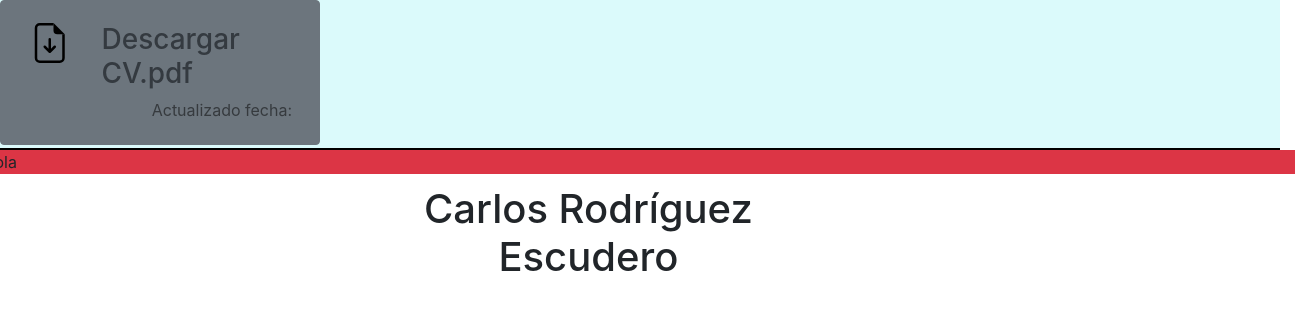
Repository: CarlosRoEs/CarlosWebCV
Page: index.html
The author's editor kept a copy of each file at every save. The page is drawn from the files as they stood at one save, then again after the next save.
The browser window is 1280 px wide. The page is 1295 px wide, so the pictures cover 1295 px, including what lies to the right of the window. The pictures show the whole page.
The style sheet was rebuilt from its Sass, Less or Tailwind sources for each picture, by a compiler version that may differ from the author's.

Above is the page before, as saved 2020-09-15 16:00:05.

### index.html
<!DOCTYPE html>
<html lang="es">

<head>
    <meta charset="UTF-8">
    <meta name="viewport" content="width=device-width, initial-scale=1.0">
    <title>Carlos Rodríguez</title>
    <link rel="stylesheet" href="bootstrap/css/bootstrap.min.css">
    <link rel="stylesheet" href="Sass/dist/header.css">
</head>

<body>

    <div class="container-fluid">
        <div id="row-header" class="row">
            <header id="header" class="col-12">
                <div id="row-a-header" class="row">

                            <!-- <a href="https://www.sport.es/es/" id="a-header" class="col-4 text-decoration-none d-flex flex-row flex-wrap mt-4 ml-5"> -->
                                <button id="header-button" type="button" class="btn btn-secondary col-3 d-flex flex-row flex flex-wrap" data-toggle="tooltip" data-placement="top" title="Descargar PDF">
                                    <svg width="40px" height="40px" viewBox="0 0 16 16" class="bi bi-file-earmark-arrow-down col-3 mt-3" fill="dark" xmlns="http://www.w3.org/2000/svg">
                                        <path d="M4 0h5.5v1H4a1 1 0 0 0-1 1v12a1 1 0 0 0 1 1h8a1 1 0 0 0 1-1V4.5h1V14a2 2 0 0 1-2 2H4a2 2 0 0 1-2-2V2a2 2 0 0 1 2-2z" />
                                        <path d="M9.5 3V0L14 4.5h-3A1.5 1.5 0 0 1 9.5 3z" />
                                        <path fill-rule="evenodd" d="M8 6a.5.5 0 0 1 .5.5v3.793l1.146-1.147a.5.5 0 0 1 .708.708l-2 2a.5.5 0 0 1-.708 0l-2-2a.5.5 0 1 1 .708-.708L7.5 10.293V6.5A.5.5 0 0 1 8 6z" />
                                    </svg>
                                    <h3 id="h3-header" class="col-9 mt-3 text-left text-dark">Descargar CV.pdf</h3>
                                    <p class="col-12 text-right text-black-50">Actualizado fecha:</p>
                                </div>


                            <!-- </a> -->
                    <div class="col-8 d-flex justify-content-center mt-4">
                        <h1 class="mt-3 mr-5 align-items-center">Carlos Rodríguez Escudero</h1>
                    </div>
                </div>
            </header>
        </div>
        <div class="row bg-danger">
            hola
        </div>

    </div>

    <script type="text/javascript" src="jquery/jquery-3.5.1.min.js"></script>
    <script type="text/javascript" src="bootstrap/js/bootstrap.min.js"></script>
</body>

</html>

### Sass/header.scss
* {
    margin: 0px;
    padding: 0px;
}


#header {
    height: 150px;
    text-align: center;
    border-bottom: 2px solid black;
    background-color: rgba(175, 244, 247, 0.446);

    h1{
        margin-left: 45%;
    }
}

#a-header {
    border: 5px solid red;
    border-radius: 10px;
    font-size: 10px;
}

Loaded but not shown: bootstrap/css/bootstrap.min.css (library); jquery/jquery-3.5.1.min.js (library); bootstrap/js/bootstrap.min.js (library)

After the next save:
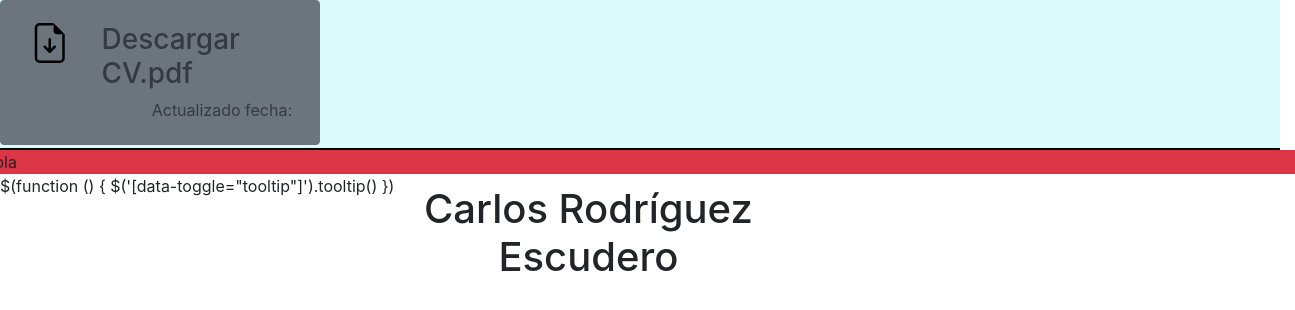
Saved 43 s later.
--- a/index.html
+++ b/index.html
@@ -41,6 +41,10 @@
 
     </div>
 
+    $(function () {
+        $('[data-toggle="tooltip"]').tooltip()
+      })
+
     <script type="text/javascript" src="jquery/jquery-3.5.1.min.js"></script>
     <script type="text/javascript" src="bootstrap/js/bootstrap.min.js"></script>
 </body>

After the 4 saves that followed:
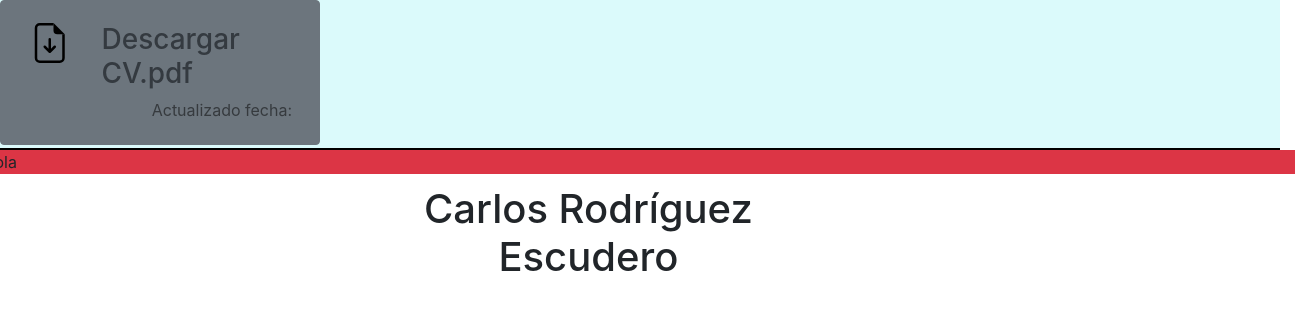
Console error: ReferenceError: $ is not defined
The 4 saves are shown as one change because 1 left the picture as it was and some came seconds apart.
The last was saved 12 s later.
--- a/index.html
+++ b/index.html
@@ -40,10 +40,11 @@
         </div>
 
     </div>
-
+<script>
     $(function () {
         $('[data-toggle="tooltip"]').tooltip()
       })
+</script>
 
     <script type="text/javascript" src="jquery/jquery-3.5.1.min.js"></script>
     <script type="text/javascript" src="bootstrap/js/bootstrap.min.js"></script>
